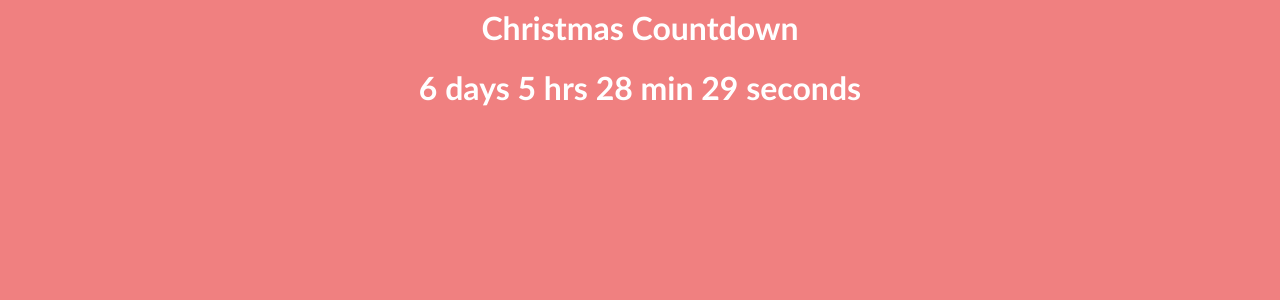
Repository: notMaximilian/countdown-timer
Page: index.html
The author's editor kept a copy of each file at every save. The page is drawn from the files as they stood at one save, then again after the next save.
The browser window is 1280 px wide. The pictures show the whole page.

Above is the page before, as saved 2021-12-18 19:01:33.

After the next save:
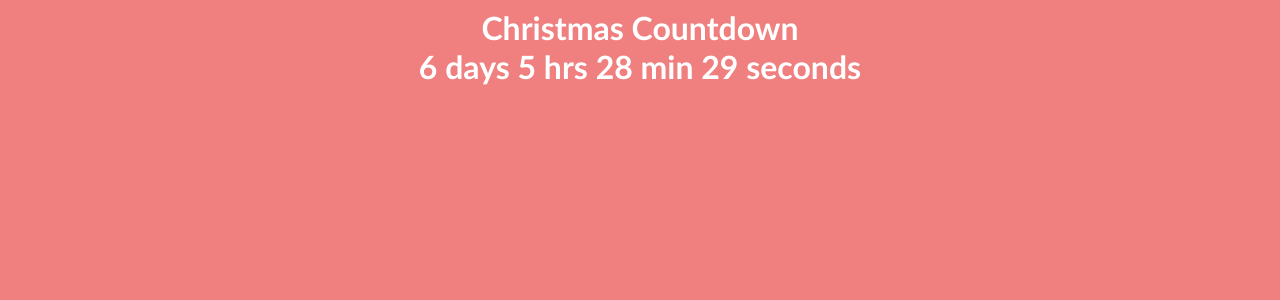
Saved 4 s later.
--- a/styles.css
+++ b/styles.css
@@ -2,7 +2,7 @@ body{
     background-color: lightcoral;
     text-align: center;
     color:#ffffff;
-    h2 { padding:0; margin:0; }
+    h1 { padding:0; margin:0; }
 
     font-family: 'Trebuchet MS', 'Lucida Sans Unicode', 'Lucida Grande', 'Lucida Sans', Arial, sans-serif;
 }
